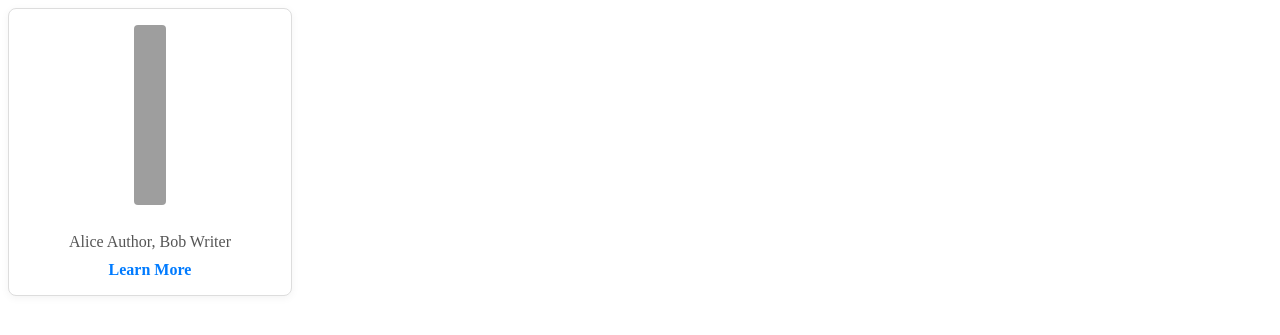
Repository: Micaelavalmores/BookCatalog
Page: /
The author's editor kept a copy of each file at every save. The page is drawn from the files as they stood at one save, then again after the next save.
The browser window is 1280 px wide. The pictures show the whole page.
Pictures or frames that could not be fetched are drawn as grey boxes. The project was rebuilt for these pictures with package versions that can differ from the ones it lists, and the page was loaded fresh each time. Also part of the build but not shown: vite.config.js, src/index.css.

Above is the page before, as saved 2025-09-16 22:47:57.

After the next save:
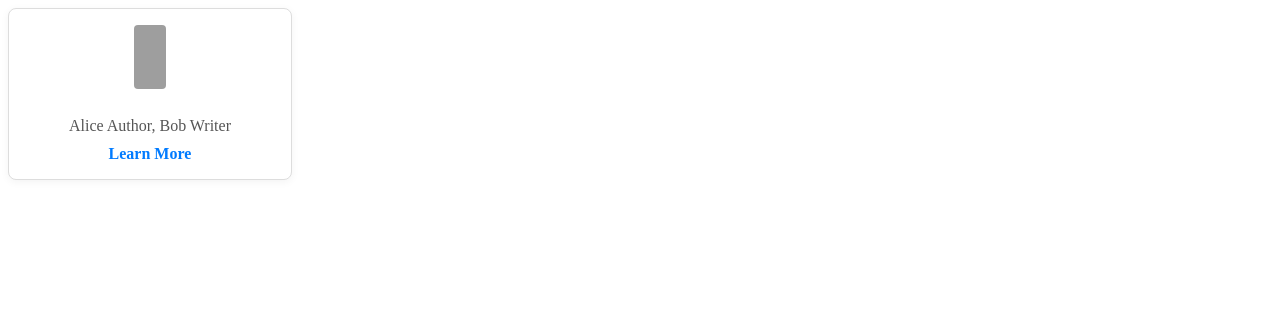
Saved 6 s later.
--- a/src/assets/book.css
+++ b/src/assets/book.css
@@ -12,7 +12,7 @@
 
   .book-image {
     width: 2em;
-    height: 180px;
+    height: 4em;
     object-fit: cover;
     margin-bottom: 12px;
     border-radius: 4px;
